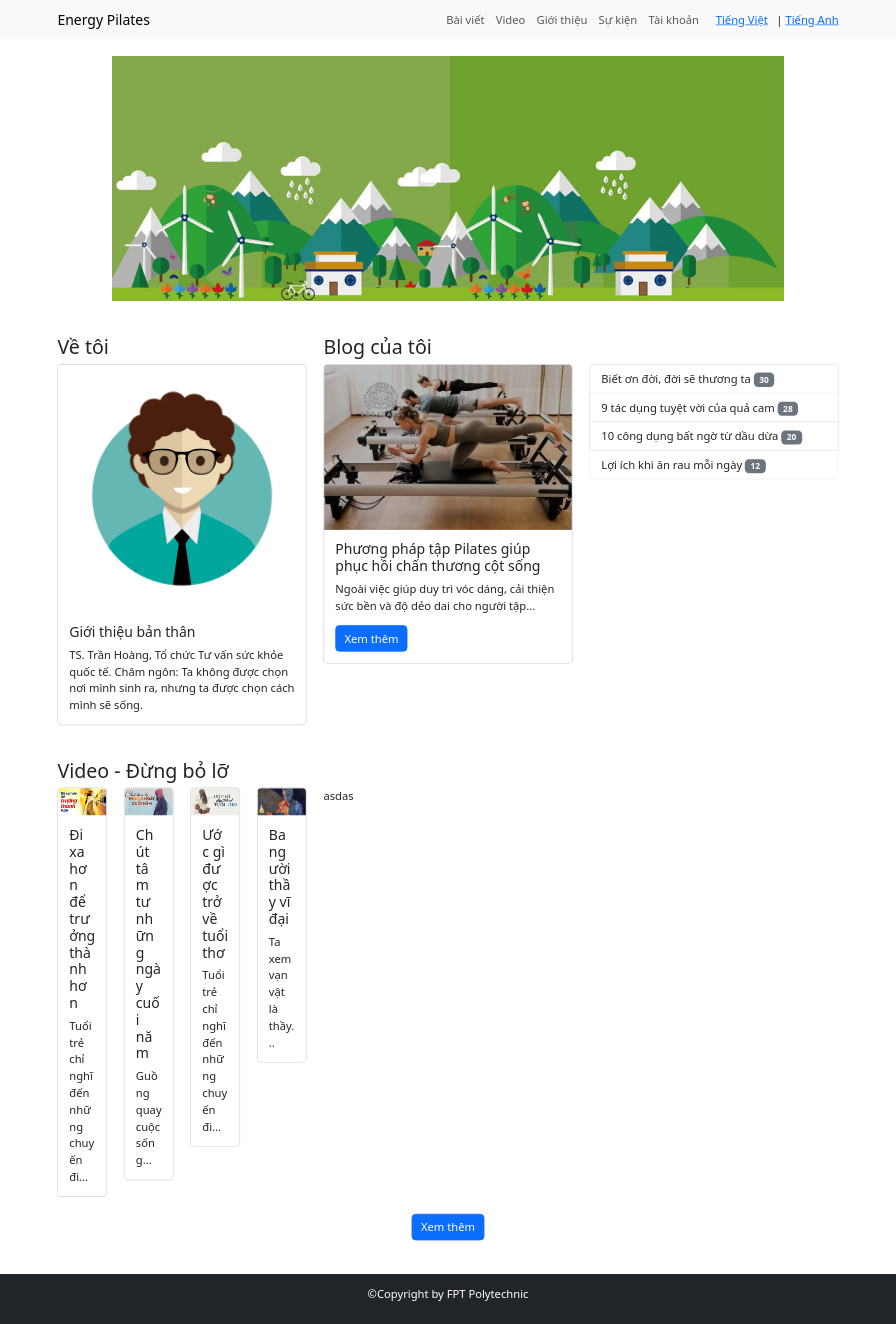
Repository: KizukoHeiwa/SOF308
Page: Lab3/index.html
The author's editor kept a copy of each file at every save. The page is drawn from the files as they stood at one save, then again after the next save.
The browser window is 1280 px wide. The pictures show the whole page, at 70% of full size.

Above is the page before, as saved 2024-11-07 11:13:36.

After the next save:
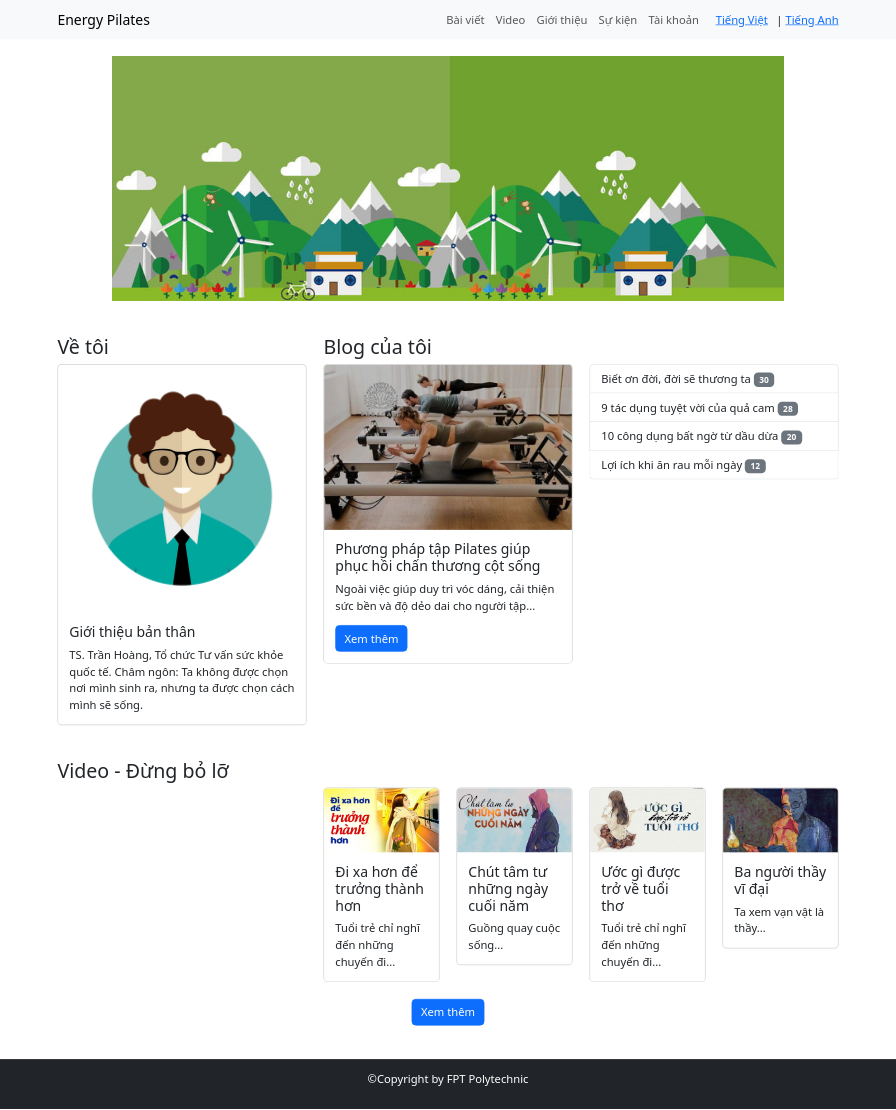
Saved 15 s later.
--- a/Lab3/index.html
+++ b/Lab3/index.html
@@ -86,6 +86,9 @@
       <h3>Video - Đừng bỏ lỡ</h3>
       <div class="row">
         <div class="col-4">
+
+        </div>
+        <div class="col-8">
             <div class="row">
                 <div class="col-md-3">
                   <div class="card">
@@ -125,9 +128,6 @@
                 </div>
             </div>
         </div>
-        <div class="col-8">
-            asdas
-        </div>
       </div>
       <div class="text-center mt-4">
         <a href="#" class="btn btn-primary">Xem thêm</a>
